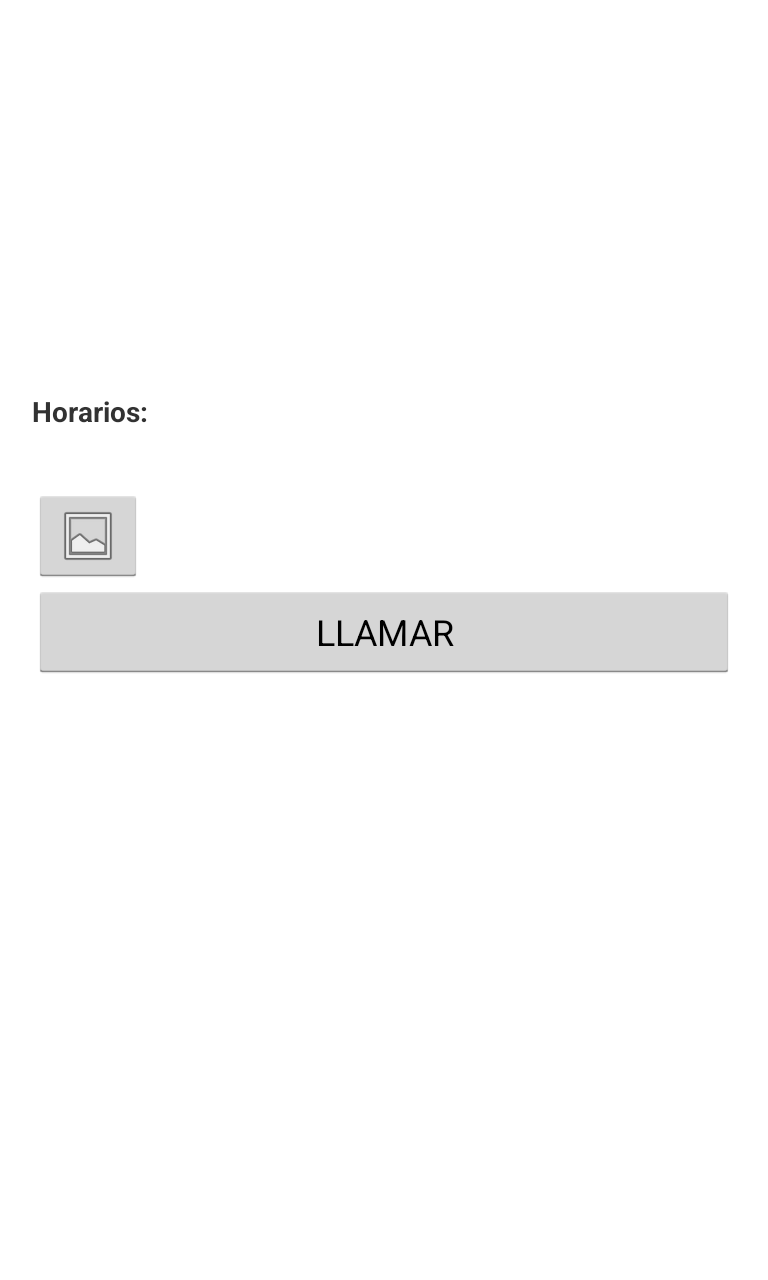
Repository: Hiro6634/AndroidGalileo
Layout: Mall-K/res/layout/activity_shop_detail.xml
The author's editor kept a copy of each file at every save. The layout is drawn from the files as they stood at one save, then again after the next save.
Pictures or frames that could not be fetched are drawn as grey boxes. It is drawn on a 768 x 1280 px phone screen (xhdpi) without system bars, with theme AppTheme; the app's code is not run.

Above is the layout before, as saved 2013-12-07 03:17:43.

### Mall-K/res/layout/activity_shop_detail.xml
<LinearLayout xmlns:android="http://schemas.android.com/apk/res/android"
    xmlns:tools="http://schemas.android.com/tools"
    android:layout_width="match_parent"
    android:layout_height="match_parent"
    android:paddingBottom="@dimen/activity_vertical_margin"
    android:paddingLeft="@dimen/activity_horizontal_margin"
    android:paddingRight="@dimen/activity_horizontal_margin"
    android:paddingTop="@dimen/activity_vertical_margin"
    android:orientation="vertical"
    tools:context=".ShopDetailActivity" >

    <TextView
        android:id="@+id/activity_shop_detail_name_textView"
        android:layout_width="wrap_content"
        android:layout_height="wrap_content"
        android:textAppearance="?android:attr/textAppearanceLarge" />

    <TextView
        android:id="@+id/activity_shop_detail_description_textView"
        android:layout_width="wrap_content"
        android:layout_height="wrap_content"
        android:textAppearance="?android:attr/textAppearanceMedium" />

    <TextView
        android:id="@+id/activity_shop_detail_address_textView"
        android:layout_width="wrap_content"
        android:layout_height="wrap_content"
        android:layout_marginTop="10dp" />

    <TextView
        android:id="@+id/activity_shop_detail_phone_textView"
        android:layout_width="wrap_content"
        android:layout_height="wrap_content"
        android:layout_marginTop="10dp"/>

    <TextView
        android:id="@+id/activity_shop_detail_web_textView"
        android:layout_width="wrap_content"
        android:layout_height="wrap_content"
        android:layout_marginTop="10dp"/>

    <TextView
        android:id="@+id/activity_shop_detail_email_textView"
        android:layout_width="wrap_content"
        android:layout_height="wrap_content"
        android:layout_marginTop="10dp"/>

    <TextView
        android:id="@+id/schedule_title"
        android:layout_width="wrap_content"
        android:layout_height="wrap_content"
        android:text="@string/schedule_title"
        android:layout_marginTop="10dp"
        android:textStyle="bold" />

    <TextView
        android:id="@+id/activity_shop_detail_schedule_textView"
        android:layout_width="wrap_content"
        android:layout_height="wrap_content"
        android:layout_marginTop="10dp" />

    <ImageButton
        android:id="@+id/activity_shop_detail_imageButton"
        android:layout_width="wrap_content"
        android:layout_height="wrap_content"
        android:contentDescription="@string/title_activity_shop_detail"
        android:src="@android:drawable/ic_menu_gallery" />

    <Button
        android:id="@+id/activity_shop_detail_callButton"
        android:layout_width="match_parent"
        android:layout_height="wrap_content"
        android:layout_marginBottom="20dp"
        android:text="@string/call_button" />

<!-- <fragment
        android:id="@+id/activity_shop_detail_fragmentComments"
        android:name="com.suyama.hiro.mall_k.fragments.CommentsFragment"
        android:layout_width="match_parent"
        android:layout_height="wrap_content"
        tools:layout="@layout/fragment_comments" />
 -->
</LinearLayout>

### Mall-K/res/values/strings.xml
<?xml version="1.0" encoding="utf-8"?>
<resources>

    <string name="app_name">Mall-K</string>
    <string name="action_share">Compartir</string>
    <string name="action_favorite">Favorito</string>
    <string name="hello_world">Hello world!</string>
    <string name="activity_shops_list_title">Lista de Tiendas</string>
    <string name="title_activity_shop_detail">Datos de la Tienda</string>
    <string name="schedule_title">Horarios:</string>
    <string name="call_button">LLAMAR</string>
    <string name="title_activity_show_image">Galería de Imágenes</string>
	<string name="activity_show_image_description">Foto</string>
	<string name="fragment_comments_msg_icon">Icono</string>
	<string name="fragment_comments_button_icon">Icono Send</string>

</resources>

### Mall-K/res/layout/fragment_comments.xml
<?xml version="1.0" encoding="utf-8"?>
<LinearLayout xmlns:android="http://schemas.android.com/apk/res/android"
    android:layout_width="match_parent"
    android:layout_height="match_parent"
    android:orientation="vertical" >

    <ImageView
        android:id="@+id/imageView1"
        android:layout_width="match_parent"
        android:layout_height="wrap_content"
        android:contentDescription="@string/fragment_comments_msg_icon"
        android:layout_gravity="left"
        android:src="@android:drawable/stat_notify_chat" />

    <LinearLayout
        android:layout_width="match_parent"
    	android:layout_height="wrap_content"
    	android:orientation="horizontal"       >

        <EditText
            android:id="@+id/editText1"
            android:layout_width="0dp"
            android:layout_height="wrap_content"
            android:layout_weight="5"
            android:ems="10"
            android:layout_gravity="bottom"
            android:inputType="text" />

	    <ImageButton
	        android:id="@+id/fragment_comments_addButton"
	        android:layout_width="0dp"
	        android:layout_height="wrap_content"
	        android:layout_weight="0.99"
	        android:contentDescription="@string/fragment_comments_button_icon"
            android:layout_gravity="bottom"
	        android:src="@drawable/ic_action_send_now" />
    </LinearLayout>

	<ListView
	    android:id="@+id/fragment_comments_listView"
        android:layout_width="match_parent"
    	android:layout_height="wrap_content" />
</LinearLayout>

Loaded but not shown: Mall-K/res/values/styles.xml (common file); Mall-K/res/values-v11/styles.xml (common file); Mall-K/res/values-v14/styles.xml (common file); Mall-K/res/values/dimens.xml (common file)

After the next save:
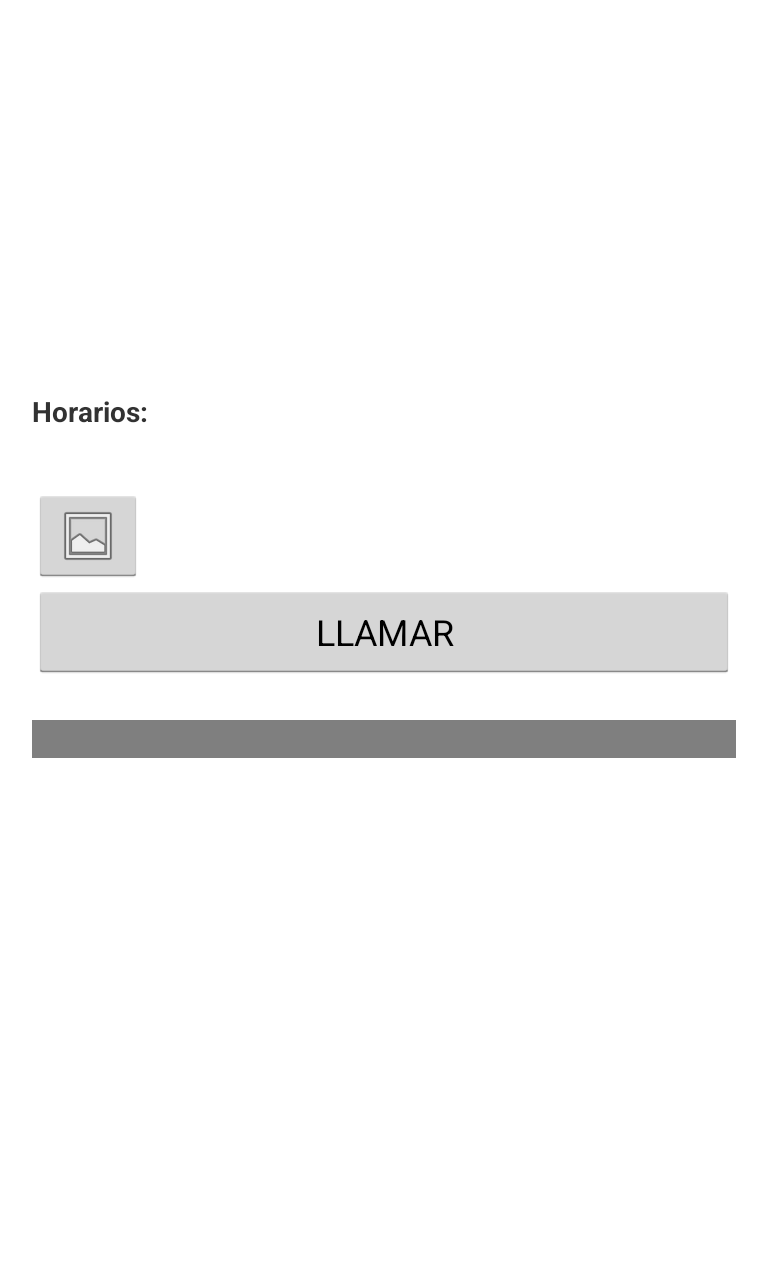
Saved 9 h 49 min later.
--- a/Mall-K/res/layout/activity_shop_detail.xml
+++ b/Mall-K/res/layout/activity_shop_detail.xml
@@ -73,11 +73,9 @@
         android:layout_marginBottom="20dp"
         android:text="@string/call_button" />
 
-<!-- <fragment
+	<fragment
         android:id="@+id/activity_shop_detail_fragmentComments"
         android:name="com.suyama.hiro.mall_k.fragments.CommentsFragment"
         android:layout_width="match_parent"
-        android:layout_height="wrap_content"
-        tools:layout="@layout/fragment_comments" />
- -->
+        android:layout_height="wrap_content" />
 </LinearLayout>
